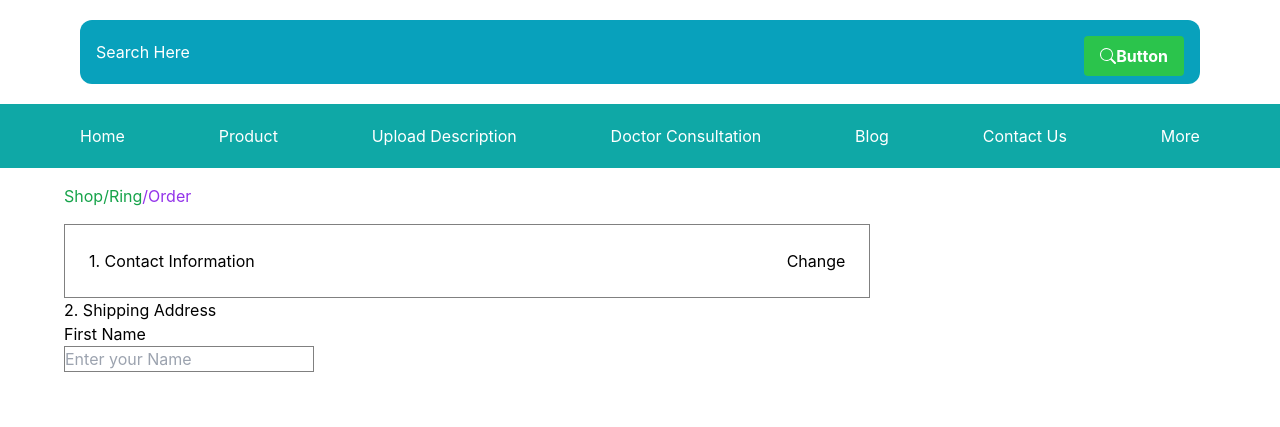
Repository: arafatmollah/form-pharma
Page: /
The author's editor kept a copy of each file at every save. The page is drawn from the files as they stood at one save, then again after the next save.
The browser window is 1280 px wide. The pictures show the whole page.
The project was rebuilt for these pictures with package versions that can differ from the ones it lists, and the page was loaded fresh each time.

Above is the page before, as saved 2023-03-14 23:46:20.

After the next save:
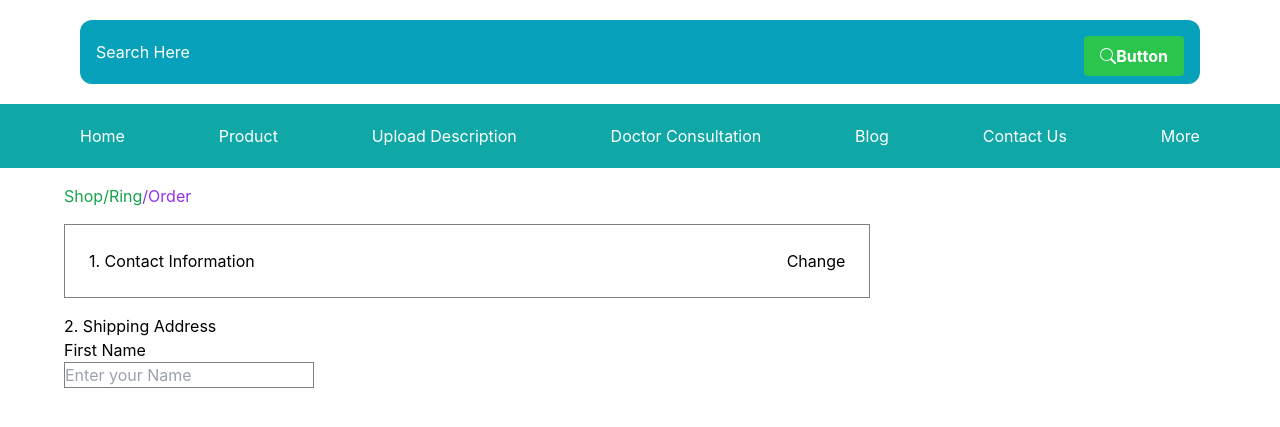
Saved 10 s later.
--- a/src/Form.js
+++ b/src/Form.js
@@ -14,7 +14,7 @@ function form() {
               <p>1. Contact Information</p>
               <p>Change </p>
             </div>
-            <div className=''>
+            <div className='my-4'>
               <p>2. Shipping Address</p>
               <form>
                 <label>First Name</label> <br></br>
